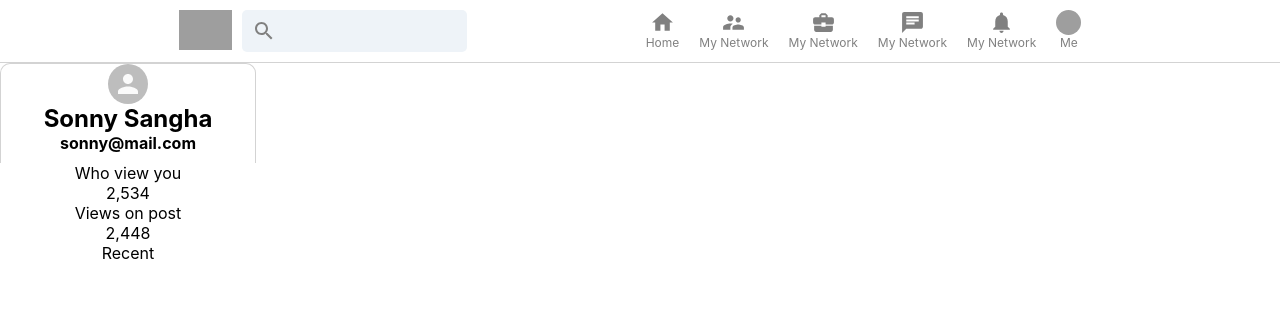
Repository: joaogamarra/linkedin-clone
Page: /
The author's editor kept a copy of each file at every save. The page is drawn from the files as they stood at one save, then again after the next save.
The browser window is 1280 px wide. The pictures show the whole page.
Pictures or frames that could not be fetched are drawn as grey boxes. The project was rebuilt for these pictures with package versions that can differ from the ones it lists, and the page was loaded fresh each time.

Above is the page before, as saved 2021-02-18 19:44:13.

After the next save:
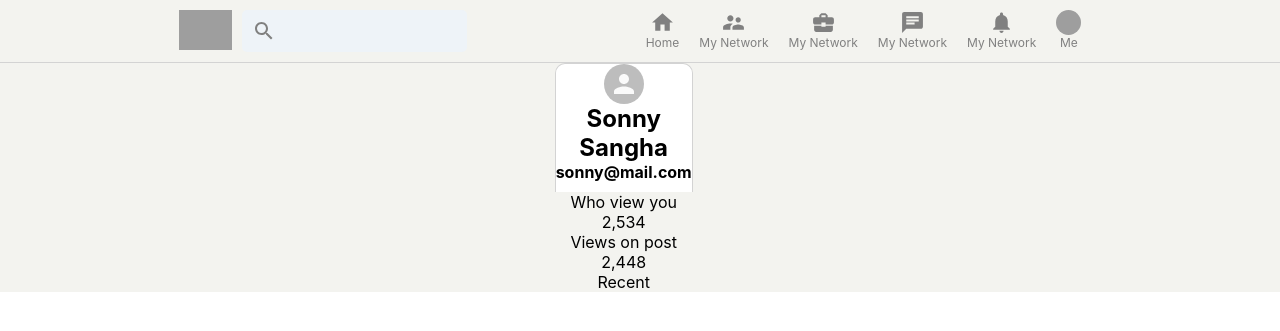
Saved 34 s later.
--- a/src/App.css
+++ b/src/App.css
@@ -1,4 +1,4 @@
-.app {
+.App {
 	background-color: #f3f3ef;
 	display: flex;
 	flex-direction: column;
